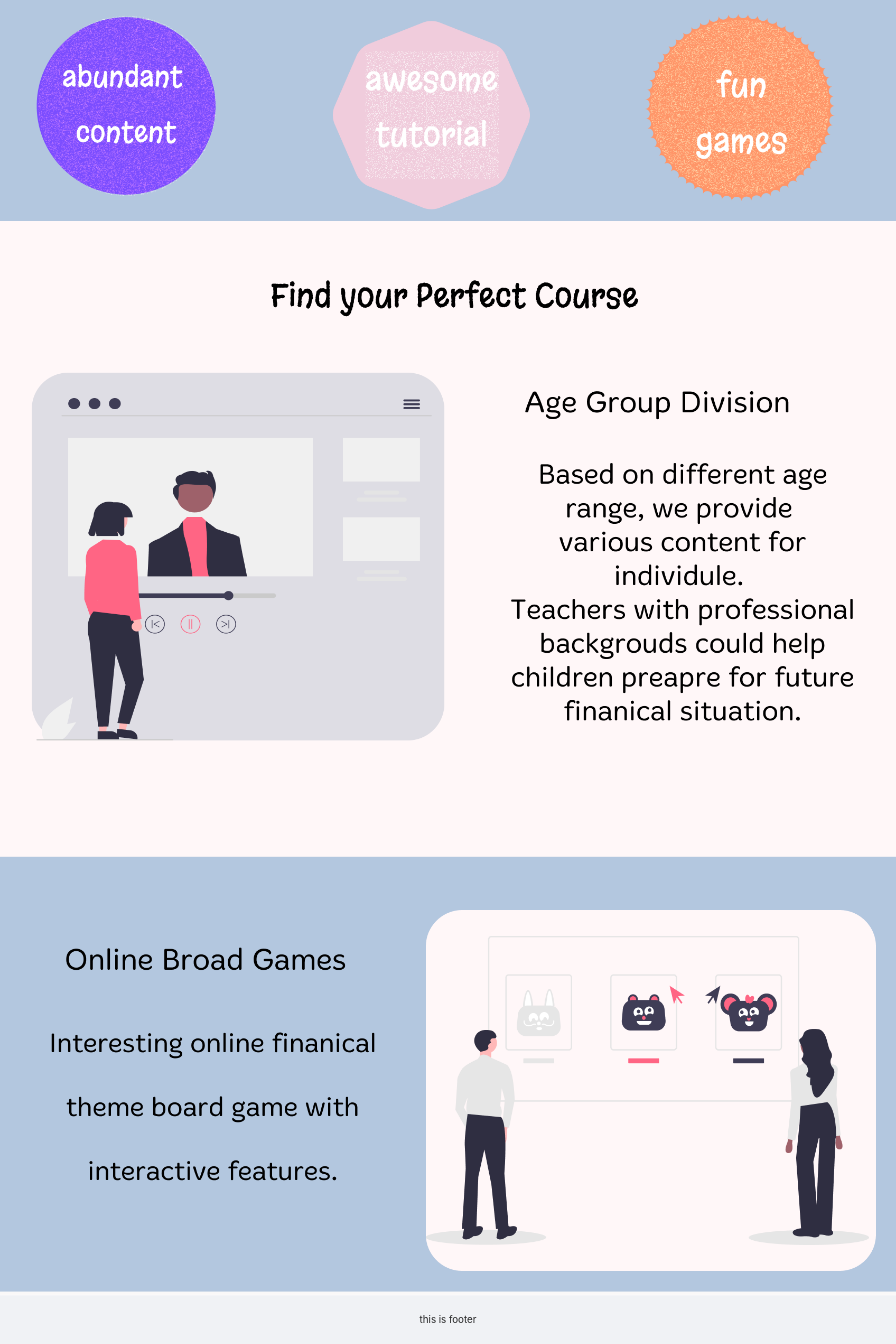
Repository: Zoe-XJ-Zhang/Goldilocks
Page: /
The author's editor kept a copy of each file at every save. The page is drawn from the files as they stood at one save, then again after the next save.
The browser window is 1280 px wide. The pictures show the part of the page from y = 846 to 2766 px (the page is 2766 px tall), at 70% of full size.
The project was rebuilt for these pictures with package versions that can differ from the ones it lists, and the page was loaded fresh each time. Also part of the build but not shown: src/page/roadmapPage/roadmapPage.js, src/page/aboutPage/aboutPage.js.

Above is the page before, as saved 2022-08-31 14:55:08.

After the next save:
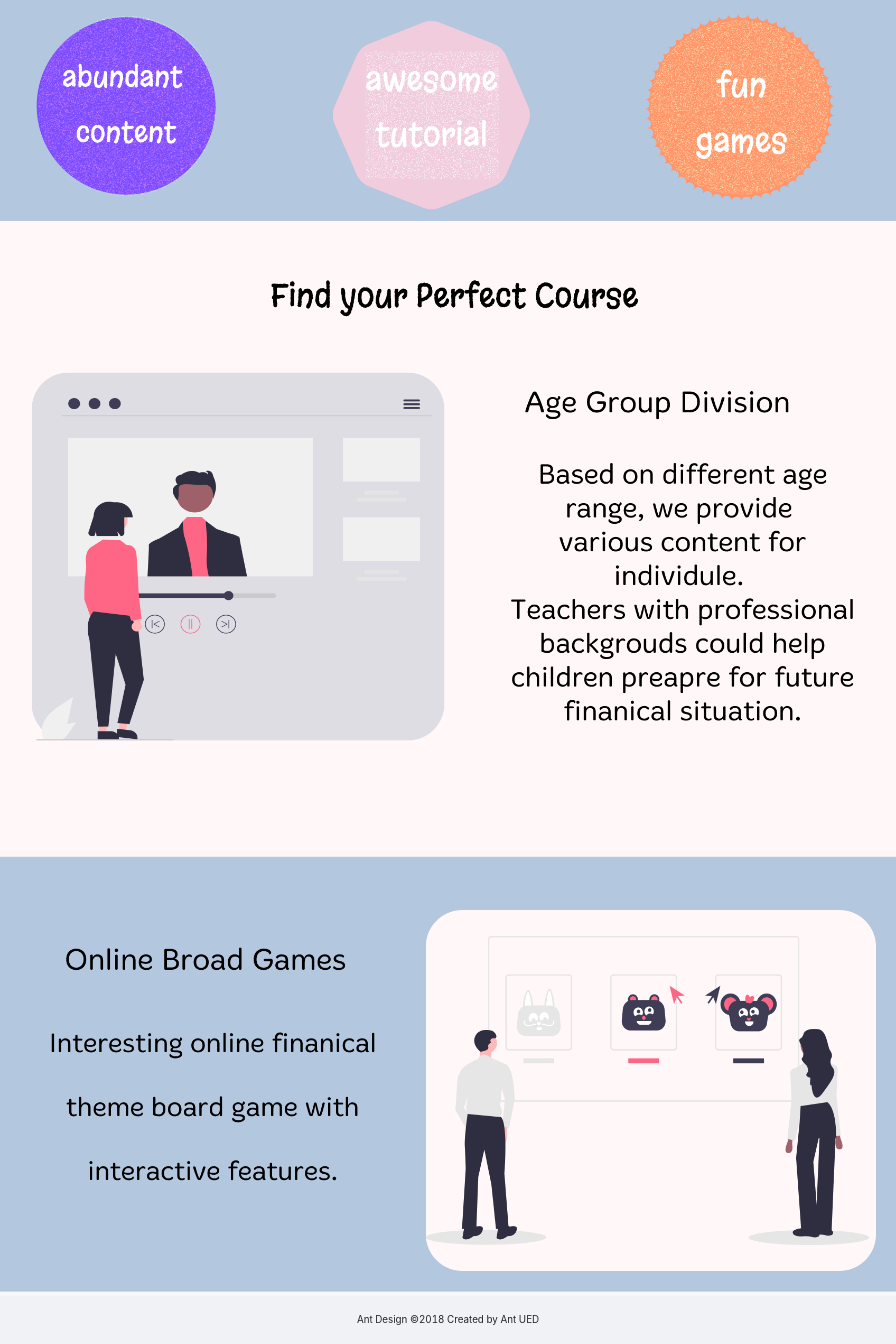
Saved 10 s later.
--- a/src/App.js
+++ b/src/App.js
@@ -21,7 +21,7 @@
       </Content>
       <Footer style={{
             textAlign: 'center',
-          }}>this is footer</Footer>
+          }}>Ant Design ©2018 Created by Ant UED</Footer>
     </div>
   );
 }
